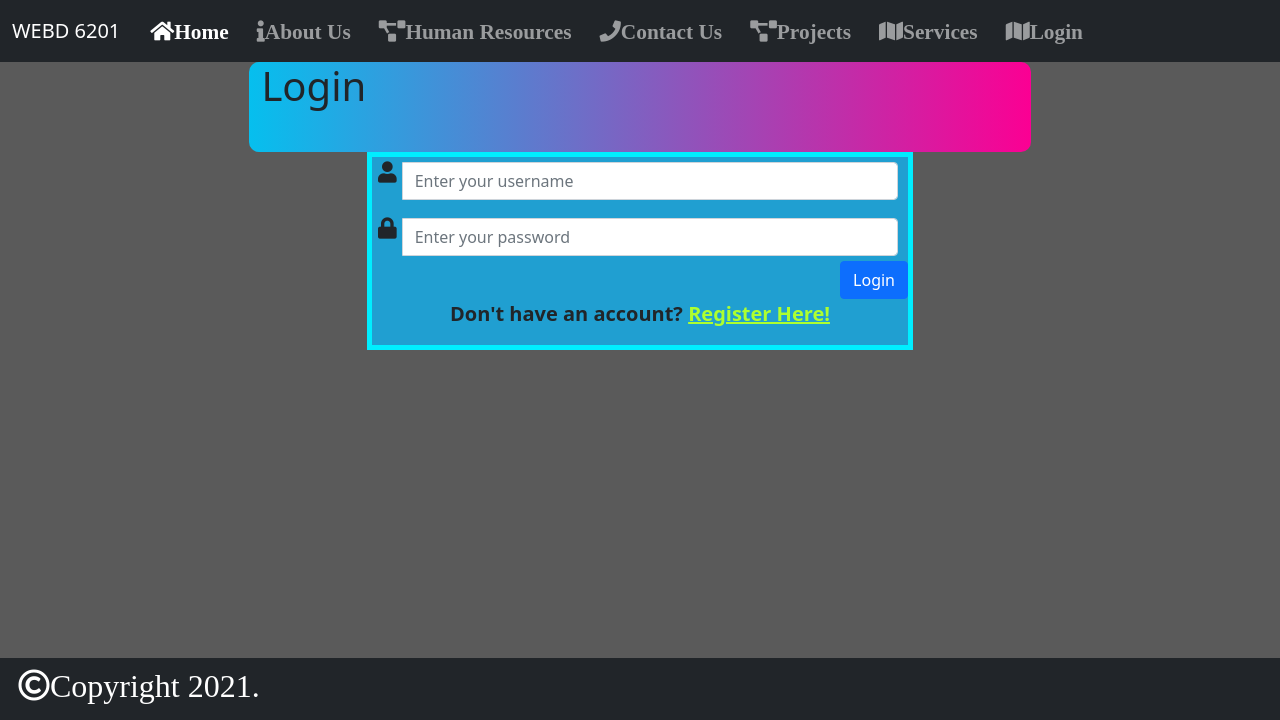
Repository: vans12345678/WEBD6201-W2021-Lab2
Page: login.html
The author's editor kept a copy of each file at every save. The page is drawn from the files as they stood at one save, then again after a run of saves.
The browser window is 1280 px wide. The pictures show the whole page.

Above is the page before, as saved 2021-02-25 18:21:41.
Console error: ReferenceError: core is not defined

### login.html
<!DOCTYPE html>
<html lang="en">
<head>
    <meta charset="UTF-8">
    <meta name="viewport" content="width=device-width, initial-scale=1.0">
    <title>Login</title>
    <!-- CSS Section -->
    <link rel="stylesheet" href="./node_modules/bootstrap/dist/css/bootstrap.min.css">
    <link rel="stylesheet" href="./node_modules/@fortawesome/fontawesome-free/css/all.min.css">
    <link rel="stylesheet" href="./Content/app.css">
</head>
<body>
    <!-- Main Header -->
    <header>
        <!-- Main Navigation -->
        <nav class="navbar navbar-expand-lg navbar-dark bg-dark">
            <div class="container-fluid">
                <a id ="navHome" class="navbar-brand" href="index.html"></a>
                <button class="navbar-toggler" type="button" data-bs-toggle="collapse" data-bs-target="#navbarSupportedContent" aria-controls="navbarSupportedContent" aria-expanded="false" aria-label="Toggle navigation">
                  <span class="navbar-toggler-icon"></span>
                </button>
                <div class="collapse navbar-collapse" id="navbarSupportedContent">
                  <ul id = "ulNav" class="navbar-nav me-auto mb-2 mb-lg-0">
                    <li class="nav-item">
                      <a  class="nav-link active" aria-current="page" href="index.html"><i id ="navIndex"class = "fas fa-home fa-lg"></i></a>
                    </li>
                    <li class="nav-item" id ="navAbout">
                      <a  class="nav-link " aria-current="page" href="about.html"><i id ="navAboutItem"class = "fas fa-info fa-lg"></i></a>
                    </li>
                    <li class="nav-item">
                      <a  class="nav-link " aria-current="page" href="contact.html"><i id ="navContact"class = "fas fa-phone fa-lg"></i></a>
                    </li>
                    <li class="nav-item">
                      <a  class="nav-link" aria-current="page" href="projects.html"><i id ="navProjects" class ="fas fa-project-diagram fa-lg">Products</i></a>
                    </li>
                    <li class="nav-item">
                      <a  class="nav-link " aria-current="page" href="services.html"><i id ="navServices"class = "fas fa-map fa-lg"></i></a>
                    </li>
                    <li class="nav-item">
                      <a  class="nav-link " aria-current="page" href="login.html"><i id ="navLogin"class = "fas fa-map fa-lg"></i></a>
                    </li>
                  </ul>
                </div>
              </div>
          </nav>
    </header>

    <!-- Main Content -->
    <main class="container" id="mainContent">
        <h1 class = "container">Login</h1>
      <div class="row">
          <div class="offset-md-3 col-md-6 col-sm-12">
                <div class="login" id="contentArea"></div>
                    <div id = "messageArea" class = "hidden"></div>
                    <form class = "fromBackground" id="loginForm" novalidate>
                      <div class="form-group mb-2">
                        <div class="input-group">
                          <span class="input-group-addon">
                            <i class="fa fa-user fa-lg">
                            </i>
                          </span>
                          <input type="text" class="form-control inputMargin" id="username" name="username"  required
                          value="" placeholder="Enter your username">
                        </div>
                      </div>
                      <div class="form-group">
                        <div class="input-group">
                          <span class="input-group-addon">
                            <i class="fa fa-lock fa-lg">
                            </i>
                          </span>
                          <input type="password" class="form-control inputMargin" id="password" name="password"  required
                          value="" placeholder="Enter your password">
                        </div>
                      </div>
                      <div class="text-end">
                        <button id="loginButton" type="button" class="btn btn-primary btn-md">Login</button>
                      </div>
                      <p class="text-center fs-5 fw-bold">
                        Don't have an account?
                        <a href="register.html">Register Here!</a>
                    </p>
                    </form>
                </div>

          </div>
      </div>
  </main>

    <!-- Main Footer -->
    <footer>
        <nav class="navbar fixed-bottom navbar-dark bg-dark">
            <div class="container-fluid">
                <h4><i id = "footer" class="far fa-copyright fa-lg site-footer"></i></h4>
            </div>
          </nav>
    </footer>
    <!-- Script Section -->
    <script src="./Scripts/user.js"></script>
    <script src="./node_modules/jquery/dist/jquery.min.js"></script>
    <script src="./node_modules/bootstrap/dist/js/bootstrap.bundle.min.js"></script>
    <script src="./Scripts/app.js"></script>
</body>
</html>

### Content/app.css
/* custom css goes here */
.Vapor {
    background-image: url('../images/vapor.jpg');
    background-repeat: no-repeat;
    background-attachment: fixed;
    background-size: 100% 100%;
  }
  a {
    color: greenyellow;
  }
  .textFont
  {
    font-family: Arial, Helvetica, sans-serif;
    line-height: 32px;
  }
  body
  {
    background-color: rgb(90, 90, 90);
  }
  h1.container{
    border-radius: 10px;
    width: 70%;
    height: 90px;
    margin: 0px auto;
    background: linear-gradient(90deg,#06bfee,#fb0093)
  }
  h1.projects{
    background-color: white;
  }
  .contact-table{
    width: 100%;
    margin:  50px auto;
    background-color: white;
  }
  .contact-form
  {
    width: 100%;
    margin:  100px auto;
  }
  .warnMessage
  {
    width: 90%;
    margin:  50px;
  }
  .site-footer {
    color:white;
  }
  .formMargin
  {
    margin: 35px 70px;
  }
  .inputMargin
  {
    margin: 5px 10px;
  }
  .fromBackground
  {
    background-color: rgba(20, 174, 235, 0.822);
    border: 5px solid rgb(0, 238, 255);

  }
  i{
    margin:7px 6px;
  }

### Scripts/user.js
"use strict";
// User Class

((core)=>
{
  class User {
    // getters and setters
    get DisplayName()
    {
      return this.m_displayName;
    }

    set DisplayName(value)
    {
      this.m_displayName = value;
    }

    get EmailAddress()
    {
      return this.m_emailAddress;
    }

    set EmailAddress(value)
    {
      this.m_emailAddress = value;
    }

    get Username()
    {
      return this.m_username;
    }

    set Username(value)
    {
      this.m_username = value;
    }
    get Password()
    {
      return this.m_password;
    }

    set Password(value)
    {
      this.m_password = value;
    }

    // constructor
    /**
     * Creates an instance of user
     * @param {string} displayName
     * @param {string} emailAddress
     * @param {string} username
     * @param {string} password
     */
    constructor(displayName = "", emailAddress = "", username = "", password = "")
    {
      this.DisplayName = displayName;
      this.EmailAddress = emailAddress;
      this.Username = username;
      this.Password = password;

    }

    // methods

    /**
     * This method overrides the built-in toString method for the User class
     *
     * @returns {string}
     */
    toString()
    {
      return `Display Name     : ${this.DisplayName}\nEmail Address : ${this.EmailAddress}\nUser Name : ${this.Username}`;
    }

    /**
     * This method returns a JSON object made up of the properties of the User class
     *
     * @returns {Object}
     */
    toJSON()
    {
      return {
        "DisplayName": this.DisplayName,
        "EmailAddress": this.EmailAddress,
        "Username":this.Username
      }
    }

    /**
     * This method takes a JSON data object and assigns the value to the User class properties
     *
     * @param {Object} data
     */
    fromJSON(data)
    {
      this.DisplayName = data.DisplayName;
      this.EmailAddress = data.EmailAddress;
      this.Username = data.Username;
      this.Password = data.Password;
    }

    /**
     * This method converts the User into a comma-separated value string
     *
     * @returns {string}
     */
    serialize()
    {
      if(this.DisplayName !== "" && this.EmailAddress !== "" && this.Username !== "")
      {
        return `${this.DisplayName},${this.EmailAddress},${this.Username}`;
      }
      else
      {
        console.error("One or more properties of the User is empty");
        return null;
      }
    }

    /**
     * This method takes a comma-separated data string and assigns the values to the User class properties
     *
     * @param {string} data
     * @return {void}
     */
    deserialize(data)
    {
      let propertyArray = data.split(",");
      this.DisplayName = propertyArray[0];
      this.EmailAddress = propertyArray[1];
      this.Username = propertyArray[2];
    }
  }

  core.User = User;

})(core || (core={}));

### Scripts/app.js
/************************************************************
 * Name: Andre Agrippa, Michai Pryce
 * Date: 01/20/2021
 * Description: This file adds functionality to the Home,
 * About Us, Human Resources, Contact Us, Projects and Services
 * pages.
 * Date Completed:
 */

"use strict";


(function(){

    /**
     * Display Nav bar function to display nav and footer
     */
    function DisplayNav()
    {
        let navTextElement = document.getElementById("navHome").textContent = "WEBD 6201";
        navTextElement = document.getElementById("navIndex").textContent = "Home";
        navTextElement = document.getElementById("navAboutItem").textContent = "About Us";

        let navAboutElement = document.getElementById("navAbout");
        let hrListItem = document.createElement("li");
        hrListItem.setAttribute("id", "liHumanResources");
        hrListItem.setAttribute("class", "nav-item");
        let navbar = document.getElementById("ulNav").appendChild(hrListItem);
        hrListItem.innerHTML = `<a class="nav-link" aria-current="page" href="human-resources.html">
        <i id ="navHumanResources" class ="fas fa-project-diagram fa-lg">Human Resources</i></a>`;
        if(document.title === "Human Resources"){
            hrListItem.innerHTML = `<a class="nav-link active" aria-current="page" href="human-resources.html">
            <i id ="navHumanResources" class ="fas fa-project-diagram fa-lg">Human Resources</i></a>`;
        }

        navAboutElement.after(hrListItem);

        navTextElement = document.getElementById("navContact").textContent = "Contact Us";
        navTextElement = document.getElementById("navProjects").textContent = "Projects";
        navTextElement = document.getElementById("navServices").textContent = "Services";
        navTextElement = document.getElementById("navLogin").textContent = "Login";
        navTextElement = document.getElementById("footer").textContent = "Copyright 2021.";
    }

    /**
     * Display home to display index page
     */
    function displayHome()
    {
        DisplayNav();
        let introText = "This is a simple site to demonstrate the about, contact, human resources, projects and services requirements for Lab 1 WEBD 6201 - Client Side Scripting";
        let titleText = "Welcome to WEBD 6201";

        let introTextElement = document.getElementById("indexTitle").textContent = titleText;
        introTextElement = document.getElementById("indexParagraph").textContent = introText;

    }
    /**
     * Display about to display about the creators
     */
    function displayAbout()
    {
        DisplayNav();

        //About Andre
        let aboutElement = document.getElementById("aboutTitle").textContent = "About Us";
        aboutElement = document.getElementById("aboutAText");
        aboutElement.innerHTML = `<h1>Andre Agrippa:</h1>
        <p class = "">I'm a 2nd year student at Durham College in the Computer Programming and Analysis program. I've been
        coding for several years now because I enjoy it and always looking to improve in this aspect.</p>
        <a class = "fa-lg" href="./resumes/andre_resume.pdf" download>Resume Download</a></br></br>
        <img src="./images/aa.jpg" alt="" style="width:500px;height:450px;">`;

        //About Michai
        aboutElement.innerHTML += `<h1>Michai Pryce:</h1>
        <p class = ""> Hello, I am in my final year in the Computer Programming Program at Durham College. I love
        to code and learn about the evergrowing advancements in technology. This is the demonstration for our first lab!
        </p>
        <a class = "fa-lg" href="./resumes/Copy_of_Resume.docx" download>Resume Download</a></br></br>
        <img src="./images/m.jpg" alt="" style="width:500px;height:450px;">`;

    }
    /**
     * Display top 3 projects page
     */
    function displayProjects()
    {
        DisplayNav();

        //Projects 1
        let projectsElement = document.getElementById("projectsTitle").textContent = "Projects";
        projectsElement = document.getElementById("projectsText").innerHTML =
        `<h3>Project One: COBOL Item List</h3>
        <p>This project reads records from a .dat file, performs calculations on the data then outputs it to a .out file neatly formatted.</p>
        <img src="./images/p1.png" alt="" style="width:800px;height:500px;">`;

        //Projects 2
        projectsElement = document.getElementById("projectsText").innerHTML +=
        `<h3>Project Two: C#, XAML, MDF  Preferred Shares and Common Shares</h3>
        <p>This project uses XAML for the windows form and a database to keep track of common and preferred shares.
        The database keeps track of how many shares(common/preferred) are  available and validation is applied.</p>
        <img src="./images/p2.png" alt="" style="width:800px;height:500px;">`;

        //Projects 3
        projectsElement = document.getElementById("projectsText").innerHTML +=
        `<h3>Project Three: ASP.NET and MVC Framework Animal Shelter</h3>
        <p>This project is a web application that keeps track of animals, owners, appointment and login info in a database.
        Relational database concepts are applied.</p>
        <img src="./images/p3.png" alt="" style="width:800px;height:500px;">`;

    }
    /**
     * Display top 3 services page
     */
    function displayServices()
    {
        DisplayNav();

        //Services 1
        let servicesElement = document.getElementById("servicesTitle").textContent = "Services";
        servicesElement = document.getElementById("servicesText").innerHTML =
        `<h3>Web Development:</h3>
        <p>We offer a variety of different web development (Front-end, Back-end, Databases). Languages (PHP, ASP.NET, JavaScript)</p>
        <img src="./images/s1.jpg" alt="" style="width:800px;height:500px;">`;

        //Services 2
        servicesElement = document.getElementById("servicesText").innerHTML +=
        `<h3>OOP Programming</h3>
        <p>We offer a variety of different Object Oriented Programming. We're experienced with C#, C++, Java etc.
        Whether it be windows forms applications, console applications GUI, etc.</p>
        <img src="./images/s2.png" alt="" style="width:800px;height:500px;">`;

        //Services 3
        servicesElement = document.getElementById("servicesText").innerHTML +=
        `<h3>Database Management System</h3>
        <p>It's been almost 3 years since we've had experience in database development. We've used software such as
        Microsoft SQL Server and PgAdmin4. Experienced with relational database concepts.</p>
        <img src="./images/s3.jpg" alt="" style="width:800px;height:500px;">`;


    }
    /**
     * Display contact form page
     */
    function displayContact()
    {
        DisplayNav();

        let messageArea = document.getElementById("messageArea");
        messageArea.hidden = true;

        //form validation
        let fullName = document.getElementById("fullName");
        fullName.addEventListener("blur", function()
        {
            if(fullName.value.length < 2)
            {
                fullName.focus();
                fullName.select();
                messageArea.hidden = false;
                messageArea.className = "alert alert-danger  ";
                messageArea.textContent = "Please enter an appropriate name > 2 characters";
            }
            else
            {
                messageArea.removeAttribute("class");
                messageArea.hidden = true;
            }
        });
            let sendButton = document.getElementById("sendButton");
            sendButton.addEventListener("click", function(event)
            {
                event.preventDefault();
                // //Displays twice?

                let contact = new Contact(fullName.value,contactNumber.value, emailAddress.value, shortMessage.value);

                console.log(contact.serialize());
                if(contact.serialize())
                {
                    localStorage.setItem((localStorage.length + 1).toString(),contact.serialize());

                    window.location.href = "index.html";
                }

            });

    }
    /**
     * Human resources page
     */
    function displayHumanResources()
    {
        DisplayNav();
    }
    function displayLogin()
    {
        DisplayNav();
        let messageArea = document.getElementById("messageArea");
        $("#loginButton").on("click", function ()
        {
            let username = $("#username");
            let password = $("#password");
            let success = false;
            let newUser = new core.User();

            //user ajax to access the json file
            $.get("./Data/users.json", function(data)
            {
                //Check each user in the users.json file (linear search)
                for (const user of data.users) {
                    if(username.val()== user.Username && password.val() == user.Password)
                    {
                        newUser.fromJSON(user);
                        success = true;
                        break;
                    }
                }

                //If username and password matches - success, then login
                if(success)
                {
                    //Add user to session storage
                    sessionStorage.setItem("user", newUser.serialize());

                    //hide any error messages
                    messageArea.hidden = true;

                    //redirect user to secure area (contact list?)
                    location.href = "contact-list.html";
                }
                else
                {
                    //display error message
                    username.trigger("focus").trigger("select");
                    messageArea.hidden = false;
                    messageArea.className = "alert alert-danger ";
                    messageArea.textContent = "Error: Invalid login information";
                    //messageArea.show().addClass("alert alert-danger").text("Error: Invalid login information");
                }
            });
        });
    }
    function displayRegister()
    {
        DisplayNav();
    }

    /**
     * Start function, depending on document title will load specific page
     */
    function Start()
    {
        console.log("App Started...");

        //Based of title of html
        switch(document.title)
        {
            case "Index":
                displayHome();
                break;
            case "About Us":
                displayAbout();
                break;
            case "Projects":
                displayProjects();
                break;
            case "Services":
                displayServices();
                break;
            case "Contact Us":
                displayContact();
                break;
            case "Contact-List":
                displayContactList();
                break;
            case "Human Resources":
                displayHumanResources();
                break;
            case "Login":
                displayLogin();
                break;
            case "Register":
                displayRegister();
                break;
        }


    }

    window.addEventListener("load", Start);

})();

### Scripts/namespace.js
//Namespace core
let core;

Loaded but not shown: node_modules/bootstrap/dist/css/bootstrap.min.css (library); node_modules/@fortawesome/fontawesome-free/css/all.min.css (library); node_modules/jquery/dist/jquery.min.js (library); node_modules/bootstrap/dist/js/bootstrap.bundle.min.js (library); Scripts/contact.js (110 lines, source omitted)

After the next 2 saves:
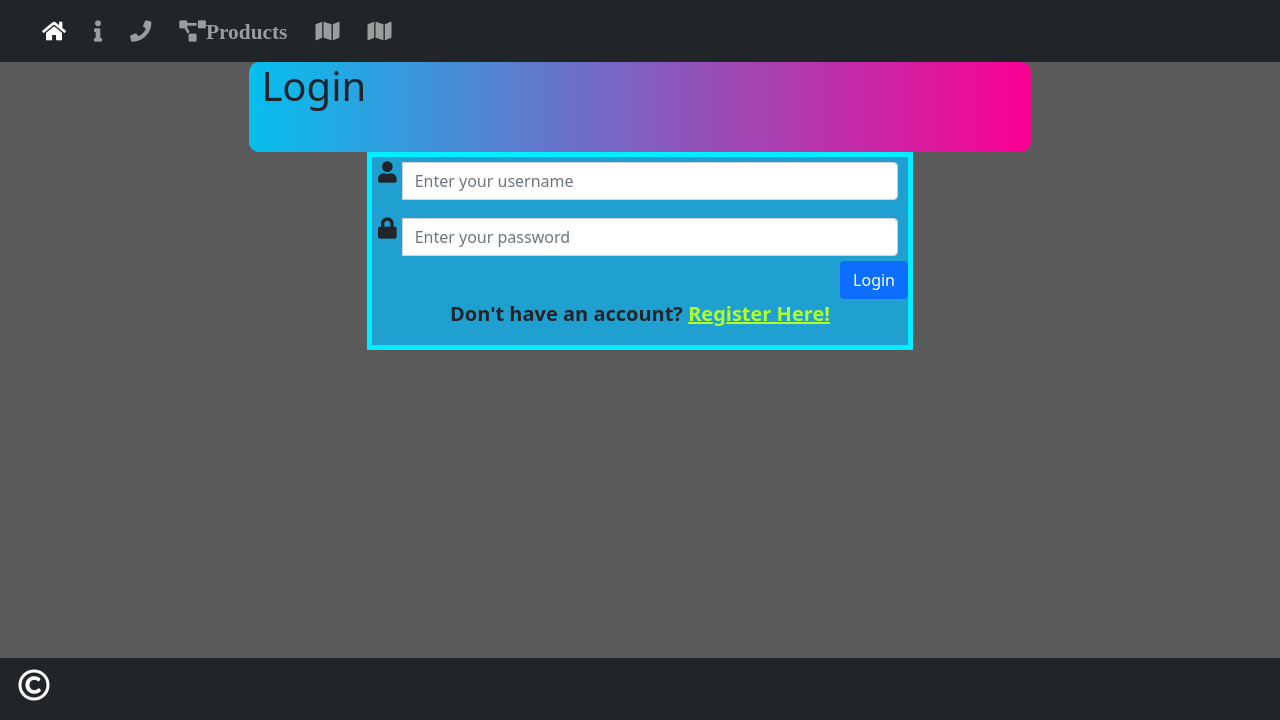
The 2 saves are shown as one change because they came seconds apart.
The last was saved 99 s later.
--- a/Scripts/app.js
+++ b/Scripts/app.js
@@ -290,4 +290,6 @@
 
     window.addEventListener("load", Start);
 
-})();
+    core.Start = Start;
+
+})(core || core={}));

After the 4 saves that followed:
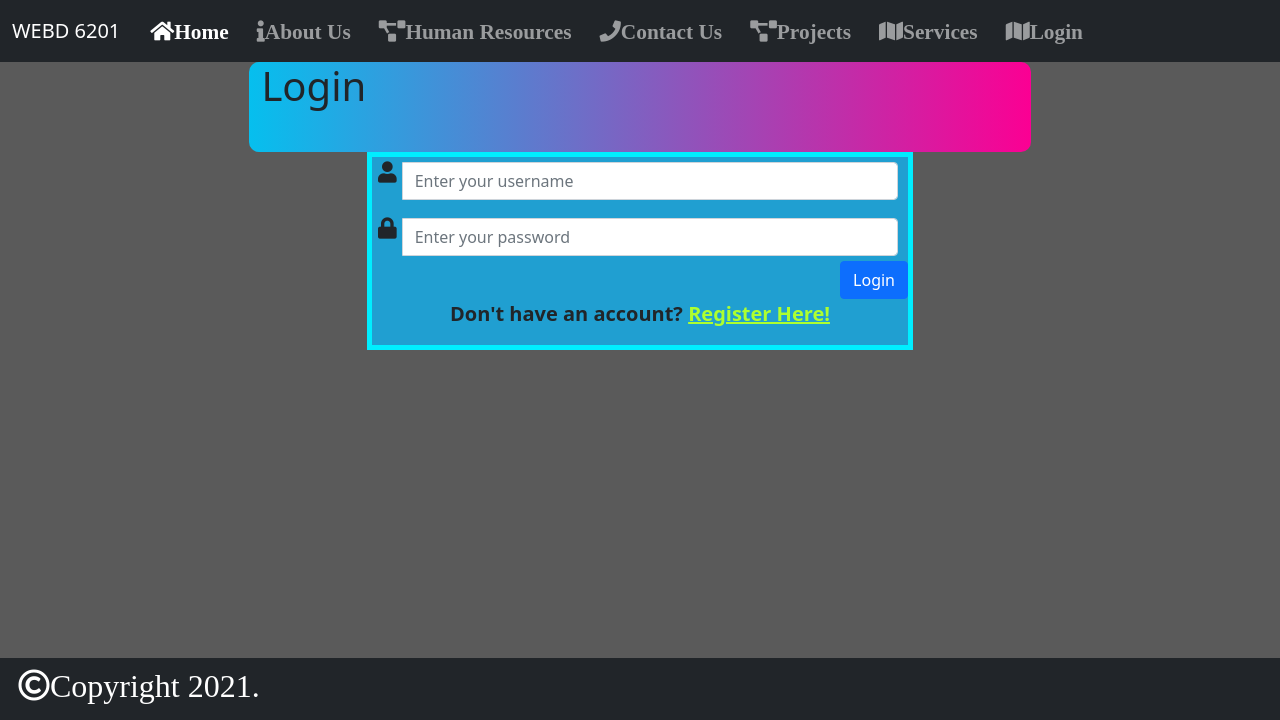
The error is gone.
The 4 saves are shown as one change because 3 left the picture as it was.
The last was saved 4 min 10 s later.
--- a/login.html
+++ b/login.html
@@ -96,9 +96,10 @@
           </nav>
     </footer>
     <!-- Script Section -->
-    <script src="./Scripts/user.js"></script>
     <script src="./node_modules/jquery/dist/jquery.min.js"></script>
     <script src="./node_modules/bootstrap/dist/js/bootstrap.bundle.min.js"></script>
+    <script src="./Scripts/namespace.js"></script>
+    <script src="./Scripts/contact.js"></script>
     <script src="./Scripts/app.js"></script>
 </body>
 </html>
--- a/Scripts/app.js
+++ b/Scripts/app.js
@@ -292,4 +292,4 @@
 
     core.Start = Start;
 
-})(core || core={}));
+})(core || (core={}));
